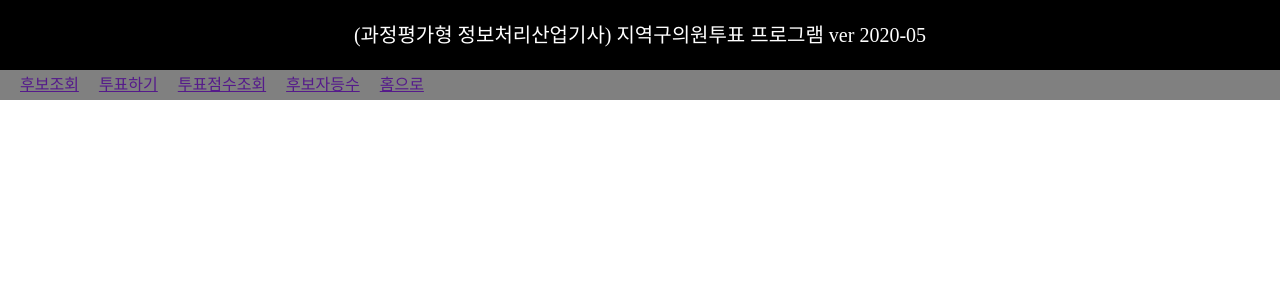
Repository: alsco727/JSP
Page: http://localhost/HRD_2207/header.jsp
The author's editor kept a copy of each file at every save. The page is drawn from the files as they stood at one save, then again after the next save.
The browser window is 1280 px wide. The pictures show the whole page.
The page is served by Tomcat 9.

Above is the page before, as saved 2022-08-29 08:19:10.

After the next save:
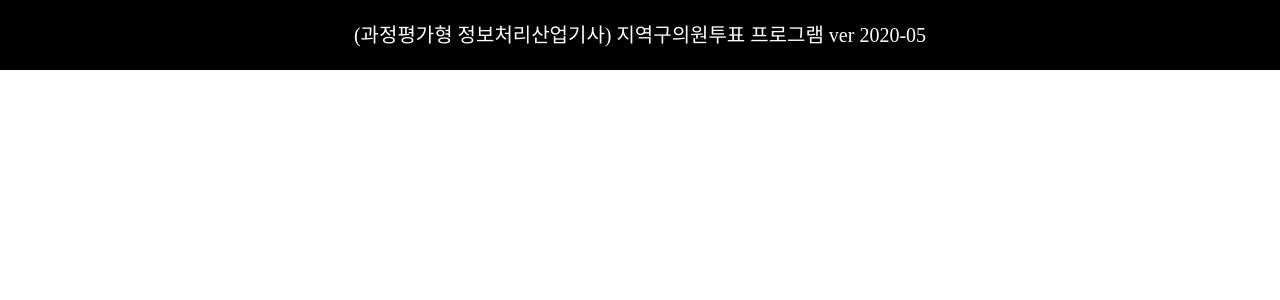
Saved 25 s later.
--- a/information_Processing/JSP과제4/HRD_2207/src/main/webapp/header.jsp
+++ b/information_Processing/JSP과제4/HRD_2207/src/main/webapp/header.jsp
@@ -9,12 +9,12 @@
 <body>
 <header style="position:fixed; top:0px; left:0px; width:100%; height:70px; line-height:70px; text-align:center; background-color:black; color:white; font-size:20px;">(과정평가형 정보처리산업기사) 지역구의원투표 프로그램 ver 2020-05</header>
 
-<nav style="position:fixed; top:70px; left:0px; width:100%; height:30px; line-height:30px; background-color:gray; color:white; padding-left:20px">
-<a href="">후보조회</a> &nbsp; &nbsp;
-<a href="">투표하기</a> &nbsp; &nbsp;
-<a href="">투표점수조회</a> &nbsp; &nbsp;
-<a href="">후보자등수</a> &nbsp; &nbsp;
-<a href="">홈으로</a> &nbsp; &nbsp;
+<nav style="">
+<a href="">후보조회</a> &nbsp; &nbsp; &nbsp;
+<a href="">투표하기</a> &nbsp; &nbsp; &nbsp;
+<a href="">투표점수조회</a> &nbsp; &nbsp; &nbsp;
+<a href="">후보자등수</a> &nbsp; &nbsp; &nbsp;
+<a href="">홈으로</a>
 </nav>
 </body>
 </html>
